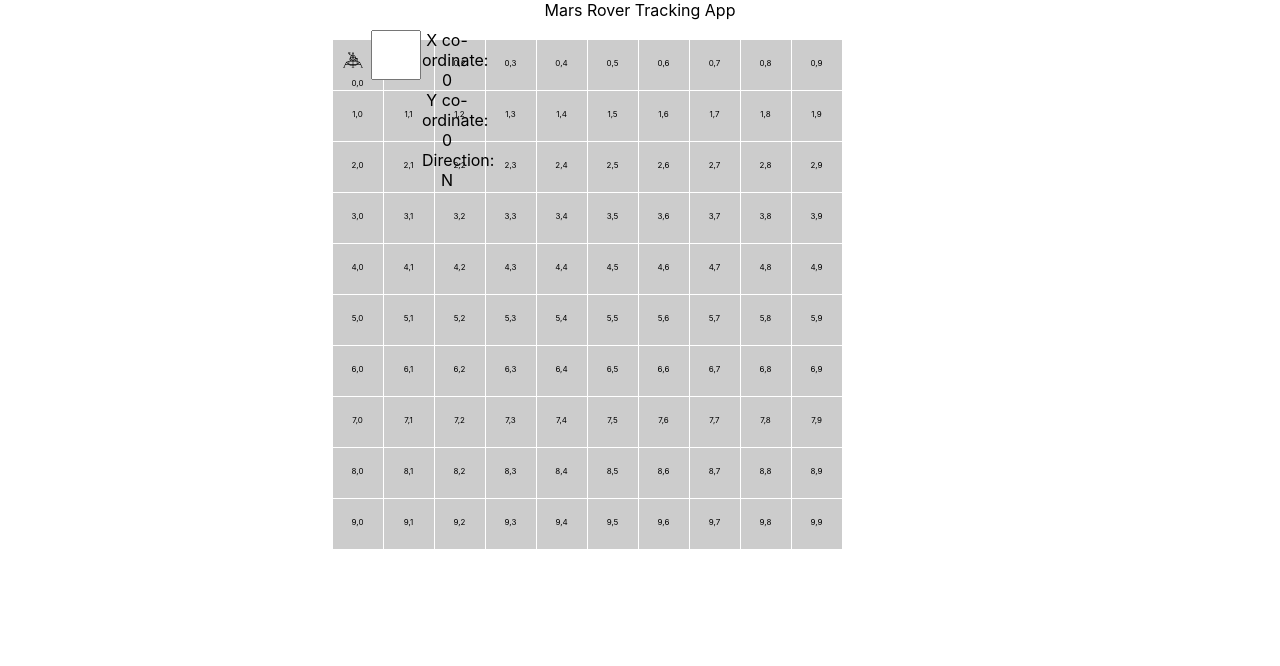
Repository: madhurisandbhor/Rover-Tracking-App
Page: /
An editor plug-in stored every save of this project. The page is shown before and after a run of saves, followed by the edit.
The browser window is 1280 px wide. The pictures show the whole page.
The project was rebuilt for these pictures with package versions that can differ from the ones it lists, and the page was loaded fresh each time.

Above is the page before, as saved 2021-09-06 19:08:40.

After the next 2 saves:
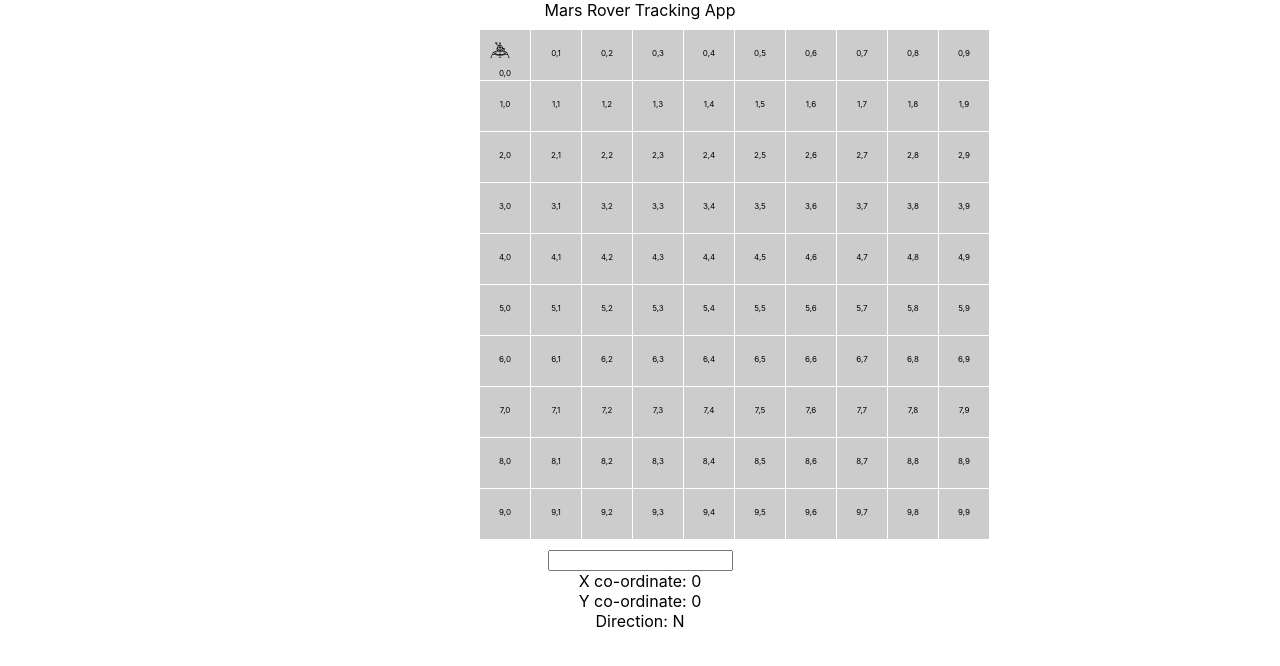
The 2 saves are shown as one change because 1 did not build or start.
The last was saved 22 s later.
--- a/src/Grid.jsx
+++ b/src/Grid.jsx
@@ -6,11 +6,16 @@ import roverIcon from './svg/rover-icon.svg'
 const wrapper = {
   width: '50%',
   margin: '10px auto',
-  display: 'grid',
-  gridTemplateColumns: `repeat(${maxY + 1}, 50px)`,
-  gridTemplateRows: `repeat(${maxX + 1}, 50px)`,
-  gridGap: '1px',
 }
+
+const grid= {
+    width: '50%',
+    margin: '10px auto',
+    display: 'grid',
+    gridTemplateColumns: `repeat(${maxY + 1}, 50px)`,
+    gridTemplateRows: `repeat(${maxX + 1}, 50px)`,
+    gridGap: '1px',
+  }
 
 const itemStyle = {
   padding: '10px',
@@ -50,7 +55,7 @@ const Grid = () => {
 
   return (
     <div style={wrapper}>
-      <div style={wrapper}>
+      <div style={grid}>
         {totalItems.map((item, index) => (
           <div key={index} style={itemStyle}>
             {roverXPosition * 10 + roverYPosition === index && (
